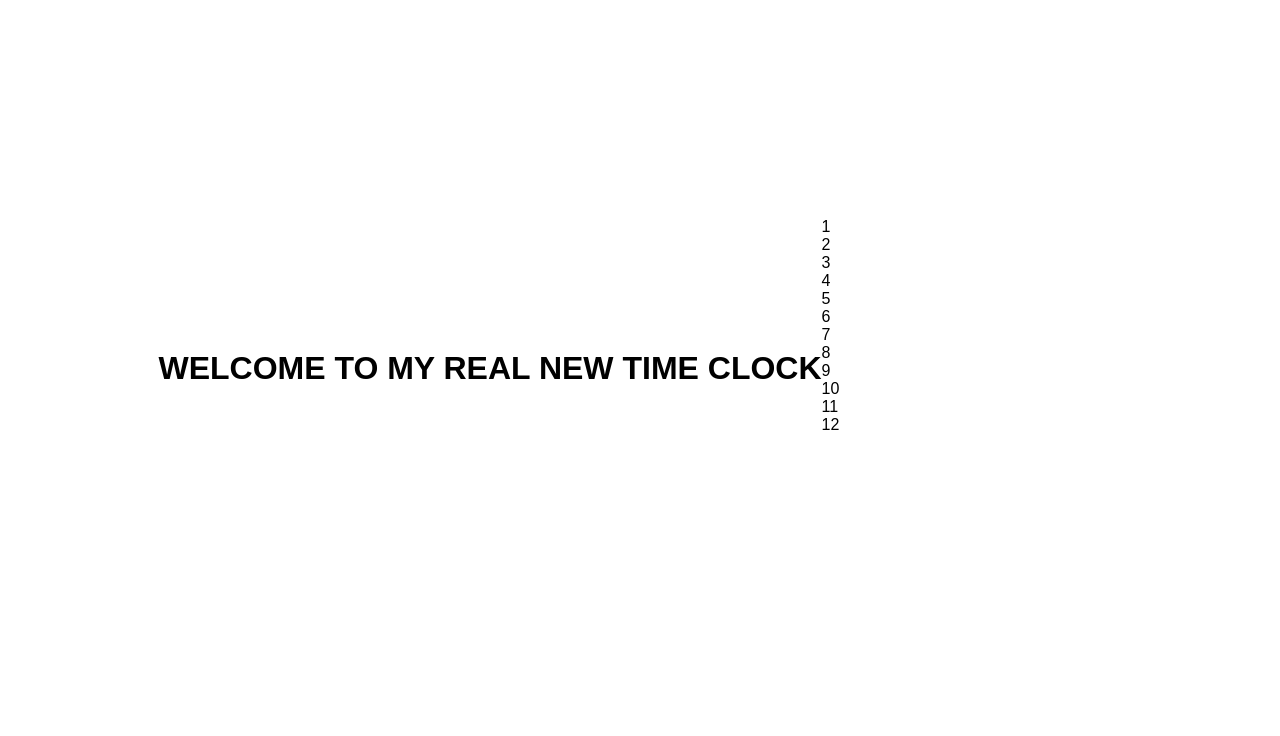
Repository: changkuothpur/create-my-watch
Page: watch.html
These files come from the project's save history. The page is drawn as it stood at one moment and after the next save; the edit follows.
The browser window is 1280 px wide. The pictures show the whole page.

Above is the page before, as saved 2024-04-25 13:45:51.
Console error: TypeError: Cannot read properties of null (reading 'style')

After the next save:
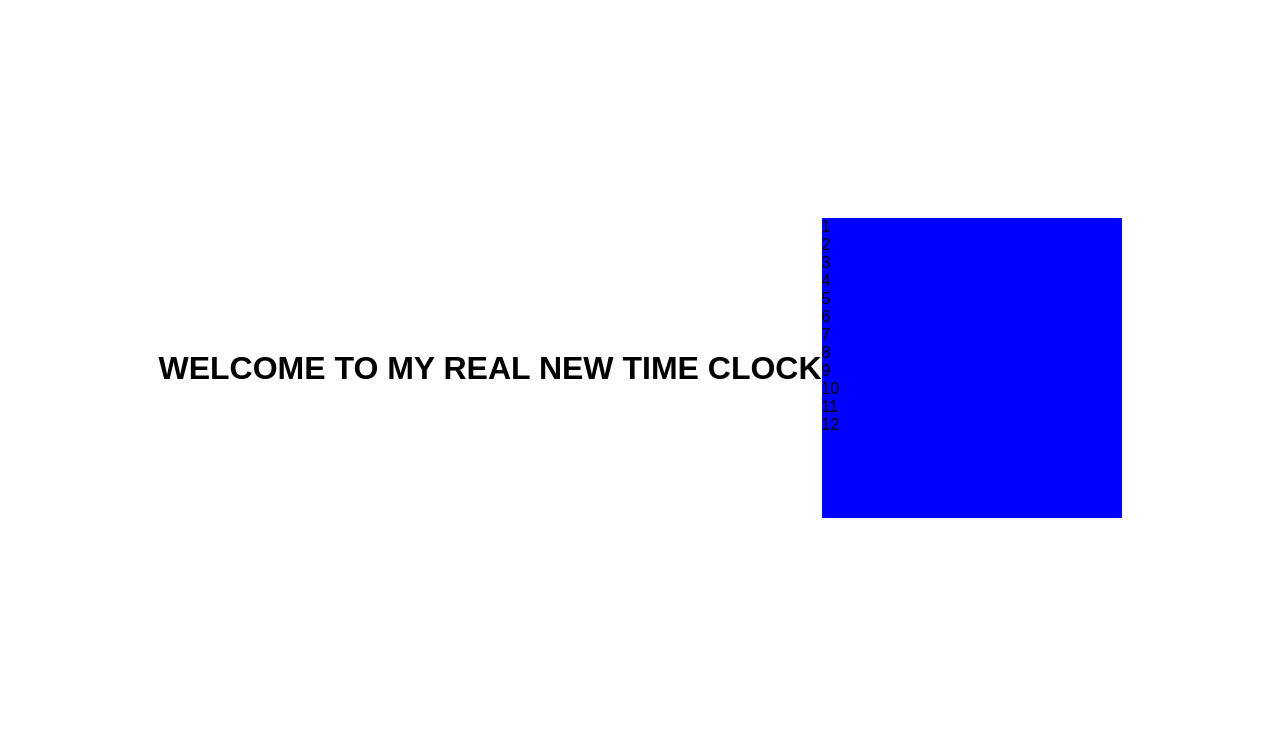
Saved 6 s later.
--- a/watch.css
+++ b/watch.css
@@ -14,5 +14,5 @@
 .clock{
     width: 300px;
     height: 300px;
-    background-color: ;
+    background-color: blue;
 }

After the save that followed:
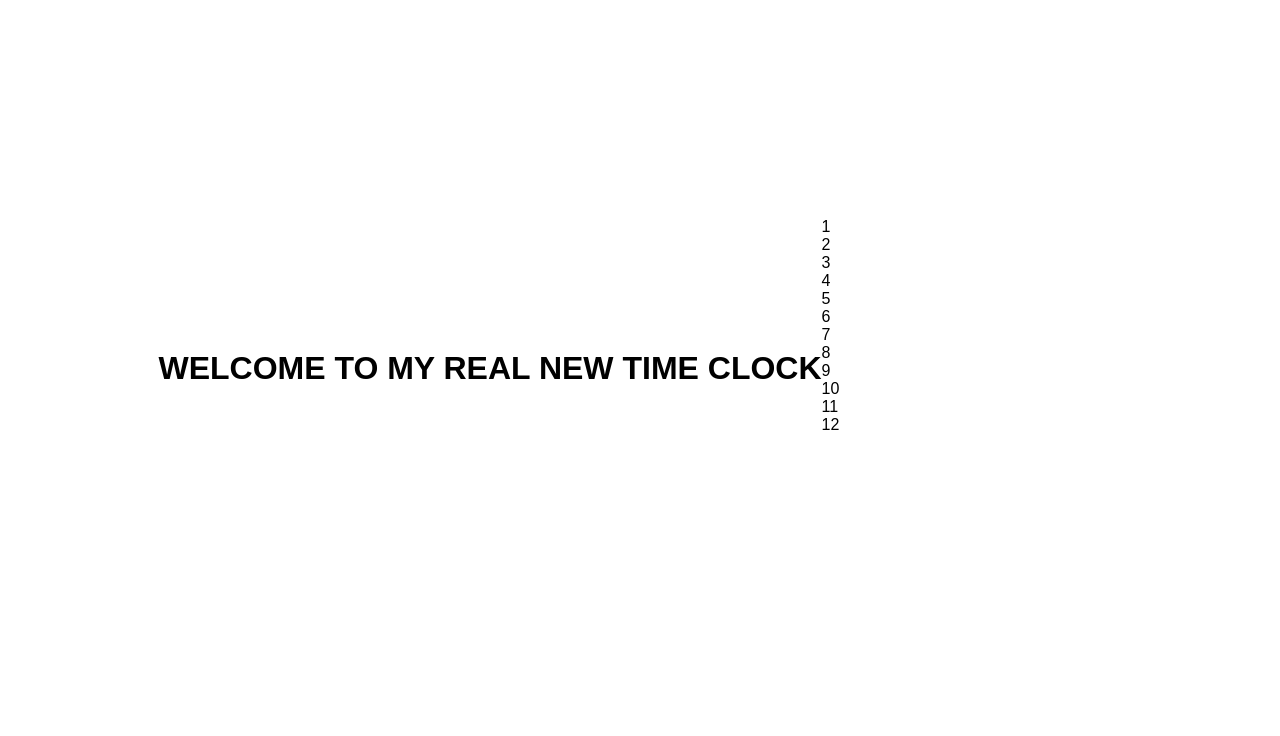
Saved 8 s later.
--- a/watch.css
+++ b/watch.css
@@ -14,5 +14,5 @@
 .clock{
     width: 300px;
     height: 300px;
-    background-color: blue;
+    background-color: blue();
 }
